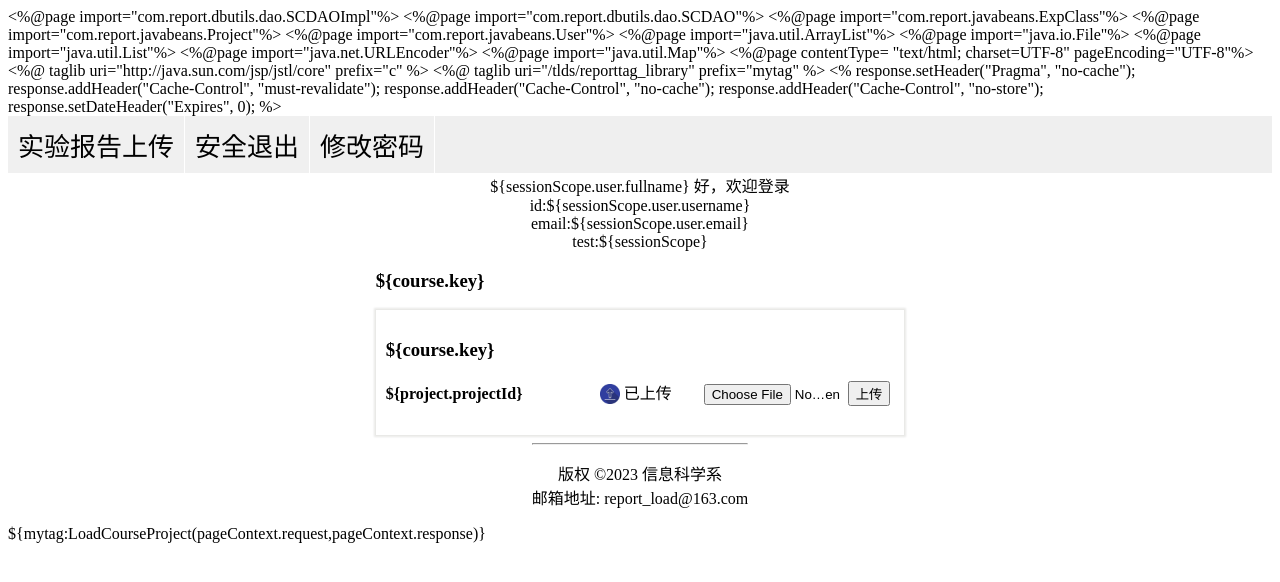
Repository: IAmJiangWenHao/ReportServer
Page: web/demo.html
These files come from the project's save history. The page is drawn as it stood at one moment and after the next save; the edit follows.
The browser window is 1280 px wide. The pictures show the whole page.

Above is the page before, as saved 2023-06-01 10:18:26.

### web/demo.html
<%@page import="com.report.dbutils.dao.SCDAOImpl"%>
<%@page import="com.report.dbutils.dao.SCDAO"%>
<%@page import="com.report.javabeans.ExpClass"%>
<%@page import="com.report.javabeans.Project"%>
<%@page import="com.report.javabeans.User"%>
<%@page import="java.util.ArrayList"%>
<%@page import="java.io.File"%>
<%@page import="java.util.List"%>
<%@page import="java.net.URLEncoder"%>
<%@page import="java.util.Map"%>
<%@page contentType= "text/html; charset=UTF-8" pageEncoding="UTF-8"%>

<%@ taglib uri="http://java.sun.com/jsp/jstl/core" prefix="c" %>
<%@ taglib uri="/tlds/reporttag_library" prefix="mytag" %>
<!--script type="text/javascript" src="${pageContext.request.contextPath}/script/scriptV1.js?v=1.0"></script-->
<!DOCTYPE html>
<html>
  <%
    response.setHeader("Pragma", "no-cache");
    response.addHeader("Cache-Control", "must-revalidate");
    response.addHeader("Cache-Control", "no-cache");
    response.addHeader("Cache-Control", "no-store");
    response.setDateHeader("Expires", 0);



  %>
  <head>
    <meta http-equiv="Content-Type" content="text/html; charset=UTF-8">
    <title >实验上传系统 </title>
  </head>
  <body>
    <style>
            .topbar-item{
        padding: 10px;
        border-right: 1px solid white;
        cursor:hand;
        background-color: rgba(240, 240, 240, 1)
      }
      .topbar-item:hover{
        background-color: gainsboro


      }
      #course1{
        padding: 10px;
        box-shadow: 0 0 2px 2px rgba(30, 30, 4, 0.1);
      }
      #course1:hover{
        box-shadow: 0 0 2px 2px rgba(30, 30, 4, 0.3);
      }
      #course1 tbody tr {
      display: flex;
      border-radius: 20px;
      width: auto;
      height: auto;
      padding: 10px;
      font-size: 26px;
      background-color: #fff;
      position: relative;
      justify-content: flex-start
    }
    #course1 tbody tr td a{
      color: #000;
      text-decoration:none;
    }
    #course1 tbody tr td a:hover{
      box-shadow: 0 0 10px 5px rgba(30, 30, 4, 0.3);
    }
    #course1 tbody tr td input{
      border: 0;
      height: 100%;
      background-color: #fff;
    }
    #course1 tbody tr td input:hover{
      border: 0;
      box-shadow: 0 0 10px 5px rgba(30, 30, 4, 0.3);
    }
    </style>
    <div style="display:flex;font-size: 26px;background-color: buttonface;">
      <div class="topbar-item" color="black"> 实验报告上传</div>
      <div class="topbar-item"><a style="color: black;text-decoration:none;" href="exit.jsp">安全退出</a></div>
      <div class="topbar-item"><a style="color: black;text-decoration:none;" href="WEB-INF/set_password_email.jsp">修改密码</a></div>

    </div>
    <div style="display: flex; flex-direction:column;align-items: center;">
      <div >${sessionScope.user.fullname} 好，欢迎登录</div>
      <div>id:${sessionScope.user.username}</div>
      <div>email:${sessionScope.user.email}</div>
      <div>test:${sessionScope}</div>

       <c:forEach var="course" items="${sessionScope.projectData}" varStatus="statusCourse">
           <h3 style="display:inline-block"><div>${course.key}</div></h3>
    <table>
        <c:forEach var="project" items="${course.value}" varStatus="statusProject">
        <!--
        没有开放上传的不显示？
        已经开放的，是否已经把文件上传，状态显示
        关闭上传的怎么显示：显示出来，但是不能修改，不能重新上传？
        -->


        <div id="course1"><!-- id还要修改 -->
          <h3 style="display:inline-block"><div id="">${course.key}</div> </h3>
          <!-- 实验项目 -->

            <div id="project11"><!-- id还要修改 -->
              <b><div id="prj" style="height:40px;width:200px;display:inline-block;">${project.projectId}</div></b><!-- div的id还要修改 -->
              <div style="display:inline-block;padding-left:10px" id="prj11">
                <div id="result" style="width:100px;display:inline-block;">

                    <!--上传状态还需要修改-->
                    <img style="vertical-align:bottom" height="20px;" width="20px" src="img/upload.jpg">
                    <font color="#00000">已上传</font>

                </div>
                <!-- id还要修改 -->
                <input type="file" id="file11" style="width:140px;" onchange="fileChange(this);">
                <input type="button" id="btn11" value="上传" onclick="upload(this.id)">
                <div id="progress" class="progress" style="display:inline-block;">
                  <div style="text-align:center" id="step" class="step"> </div>
                </div>
              </div>
            </div>
        </div>



        </c:forEach>
    </table>
    </c:forEach>
      <div>
        <hr><p align="center"><font color="black">
    版权 ©2023  信息科学系</font>
<br>邮箱地址: report_load@163.com

      </p></div>
    </div>

       ${mytag:LoadCourseProject(pageContext.request,pageContext.response)}
      <script>
var isIE = /msie/i.test(navigator.userAgent) && !window.opera;

function fileChange(target) {
  var fileSize = 0;
  var filetypes = [".pdf"];
  var filepath = target.value;
  var filemaxsize = 1024 * 8;//8M
  if (filepath) {
    var isnext = false;
    var fileend = filepath.substring(filepath.lastIndexOf("."));
    if (filetypes && filetypes.length > 0) {
      for (var i = 0; i < filetypes.length; i++) {
        if (filetypes[i] === fileend) {
          isnext = true;
          break;
        }
      }
    }
    if (!isnext) {
      alert("不接受此文件类型！");
      target.value = "";
      return false;
    }
  } else {
    return false;
  }
  if (isIE && !target.files) {
    var filePath = target.value;
    var fileSystem = new ActiveXObject("Scripting.FileSystemObject");
    if (!fileSystem.FileExists(filePath)) {
      alert("附件不存在，请重新输入！");
      return false;
    }
    var file = fileSystem.GetFile(filePath);
    fileSize = file.Size;
  } else {
    fileSize = target.files[0].size;
  }
  var size = fileSize / 1024;
  if (size > filemaxsize) {
    alert("附件大小不能大于" + filemaxsize / 1024 + "M！");
    target.value = "";
    return false;
  }
  if (size <= 0) {
    alert("附件大小不能为0M！");
    target.value = "";
    return false;
  }
}
function Check()
{
  for (var i = 0; i < document.form1.elements.length - 1; i++)
  {
    if (document.form1.elements[i].value === "")
    {
      alert("不可空！");
      document.form1.elements[i].focus();
      return false;
    }
  }
  return true;
}

function getAppPath() {
  //获取当前URL
  var curURL = window.document.location.href;
  //获取主机地址之后的路径部分（就是文件地址）
  var pathName = window.document.location.pathname;
  var pos = curURL.indexOf(pathName);
  //获取应用地址
  var host = curURL.substring(0, pos);
  //获取带"/"的应用名，如：/***
  var webAppName = pathName.substring(0, pathName.substr(1).indexOf('/') + 1);
  return host + webAppName;
}

function getFile(id) {
  var prj = id.parentElement.parentElement.parentElement;
  var courseID = prj.parentElement.getElementsByTagName("div")[0].innerHTML.toString();
  var projectID = prj.getElementsByTagName("div")[0].innerHTML.toString();
  const durl = getAppPath() + "/browsePDFV1.do?projectID=" + encodeURIComponent(projectID) + "&&courseID=" + encodeURIComponent(courseID);
  //browsePDF.do 后端传送实验报告
  window.open(durl);
}
function openPostWindow(id){
     var prj = id.parentElement.parentElement.parentElement;
     var data=new Array;
     var key=new Array;
     key[0]="courseID";
     key[1]="projectID";
  data[0]= prj.parentElement.getElementsByTagName("div")[0].innerHTML.toString();
  data[1]= prj.getElementsByTagName("div")[0].innerHTML.toString();

    //创建form表单，以下是form表单的各种参数
    let tempForm = document.createElement("form");
    tempForm.id = "tempForm";
    tempForm.method = "post";
    tempForm.action = getAppPath() + "/browsePDFV1.do";
    //tempForm.target = 'blank';
    tempForm.download = "";
    //创建标签 <input></input> 标签 然后设定属性，最后追加为 form标签的子标签
    for (let i in data) {
       alert(key[i],data[i]);
        let hideInput = document.createElement("input");
        hideInput.type = "hidden";
        hideInput.name =key[i];
        hideInput.value = data[i];
        tempForm.appendChild(hideInput);
    }
    if (document.all) {
      tempForm.attachEvent("onsubmit", function () {
      });        //IE
    } else {
      let subObj = tempForm.addEventListener("submit", function () {
      }, false);    //firefox
    }
    document.body.appendChild(tempForm);
    if (document.all) {
      tempForm.fireEvent("onsubmit");
    } else {
      tempForm.dispatchEvent(new Event("submit"));
    }
    tempForm.submit();//提交POST请求
    document.body.removeChild(tempForm);//删除整个form标签

  };



function upload(id) {
  var s;
  s = document.getElementById(id).parentElement.id;
  var prj = document.getElementById(s).parentElement;
  const courseID = prj.parentElement.getElementsByTagName("div")[0].innerHTML.toString();
  const projectID = prj.getElementsByTagName("div")[0].innerHTML.toString();
  //alert(courseID);
  //alert(projectID);
  //return;
  //var course = prj.parentElement.getElementsByTagName("div")[0].innerHTML;
  const fileid = document.getElementById(s).getElementsByTagName("input")[0];
  var uploadFile;
  const result = document.getElementById(s).getElementsByTagName("div")[0];
  const btn = document.getElementById(s).getElementsByTagName("input")[1];
  const step = document.getElementById(s).getElementsByTagName("div")[2];
  if (fileid.value === "")
  {
    alert("文件不可空！");
    fileid.focus();
    return false;
  }
  var files = fileid.files;
  if (files.length === 0) {
    return;
  }
  uploadFile = files[0];
  var formData = new FormData();
  formData.append("projectId", projectId);//项目名
  formData.append("courseId", courseId);//课程名
  formData.append("file", uploadFile); // 后端通过 'file' 获取
  //1.创建请求对象
  const xhr = new XMLHttpRequest();
  //2.设置请求行(get请求数据写在url后面)
  xhr.open("post", "/WebApp_report/uploadCourseServlet");
  //upload.do 后端处理上传文件
  //3.设置请求头(get请求可以省略,post不发送数据也可以省略)
  // 如果使用 formData可以不写 请求头 写了 无法正常上传文件
  //  xhr.setRequestHeader("Content-type","application/x-www-form-urlencoded");
  // XHR2.0新增 上传进度监控
  xhr.upload.onprogress = function (event) {
    var percent = event.loaded / event.total * 100 + '%';
    //console.log(percent);
    // 设置进度条内部step的 宽度
    step.style.width = percent;
    //console.log(step.id);
  };
  //4.请求主体发送(get请求为空，或者写null，post请求数据写在这里，如果没有数据，直接为空或者写null)
  xhr.send(formData);
  //注册回调函数
  xhr.onload = function () {
    console.log(xhr.responseText);
    if (xhr.readyState === 4) {
      //判断响应码 2XX 表示成功
      if (xhr.status >= 200 && xhr.status <= 300) {
        //处理结果
        // console.log("test Post");//状态码
        //设置 result 显示的文本内容
        fileid.value = "";
        if (xhr.response.toString() === "文件上传成功！") {
          var fileName = "${user.username}-${user.fullname}-";
          fileName += prj.getElementsByTagName("div")[0].innerHTML.toString();
          result.innerHTML = "<a href='#'id='" + new Date().getTime() + "' onclick='getFile(this)'>" + "<img style='vertical-align: middle;' height='20px;' width='20px' src='img/check.jpg'/>检查上传</a>";
          step.innerHTML = "100%";
        } else
          step.innerHTML =xhr.response.toString();
      }
    }
  };
}

function reload() {
  //1.创建请求对象
  const xhr = new XMLHttpRequest();
  //2.设置请求
  xhr.open("post", "/WebApp_report/LoadData.do");
  //3.发送请求
  xhr.send();
  //注册回调函数
  xhr.onload = function () {
    console.log(xhr.responseText);
    if (xhr.readyState === 4) {
      //判断响应码 2XX 表示成功
      if (xhr.status >= 200 && xhr.status <= 300) {
        //处理结果
        if (xhr.response.toString() === "courseData数据更新！") {
          console.log("courseData已更新");
        }
      }
    }
  };
}
</script>
</body>
</html>

After the next save:
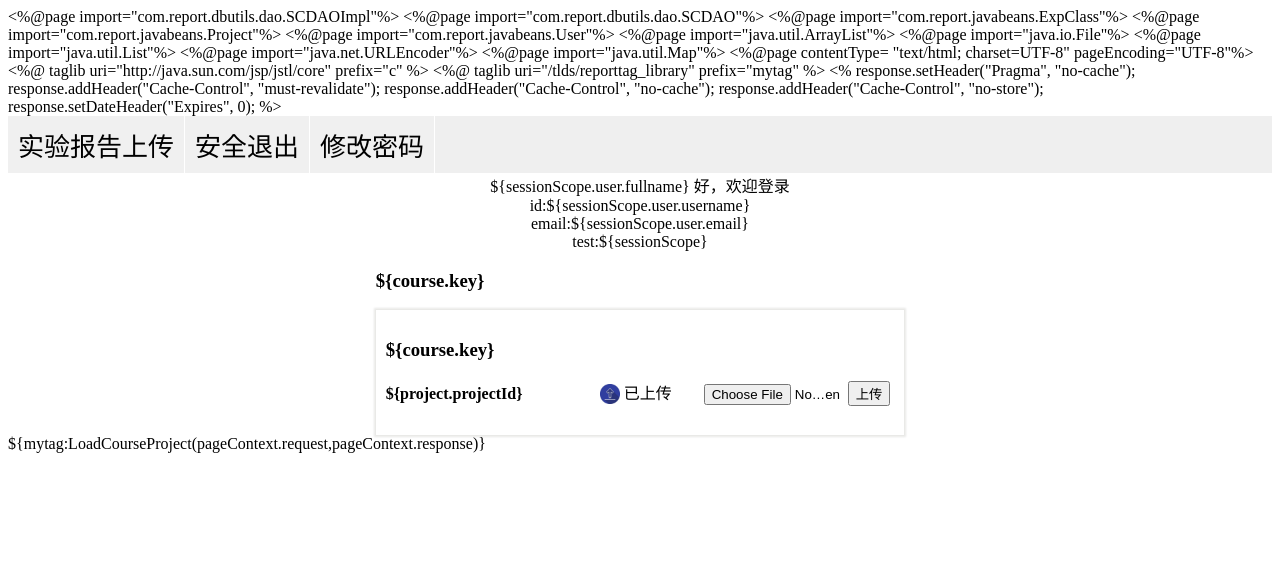
Saved 36 s later.
--- a/web/demo.html
+++ b/web/demo.html
@@ -129,12 +129,12 @@
         </c:forEach>
     </table>
     </c:forEach>
-      <div>
+      <!-- <div>
         <hr><p align="center"><font color="black">
     版权 ©2023  信息科学系</font>
 <br>邮箱地址: report_load@163.com
 
-      </p></div>
+      </p></div> -->
     </div>
 
        ${mytag:LoadCourseProject(pageContext.request,pageContext.response)}
